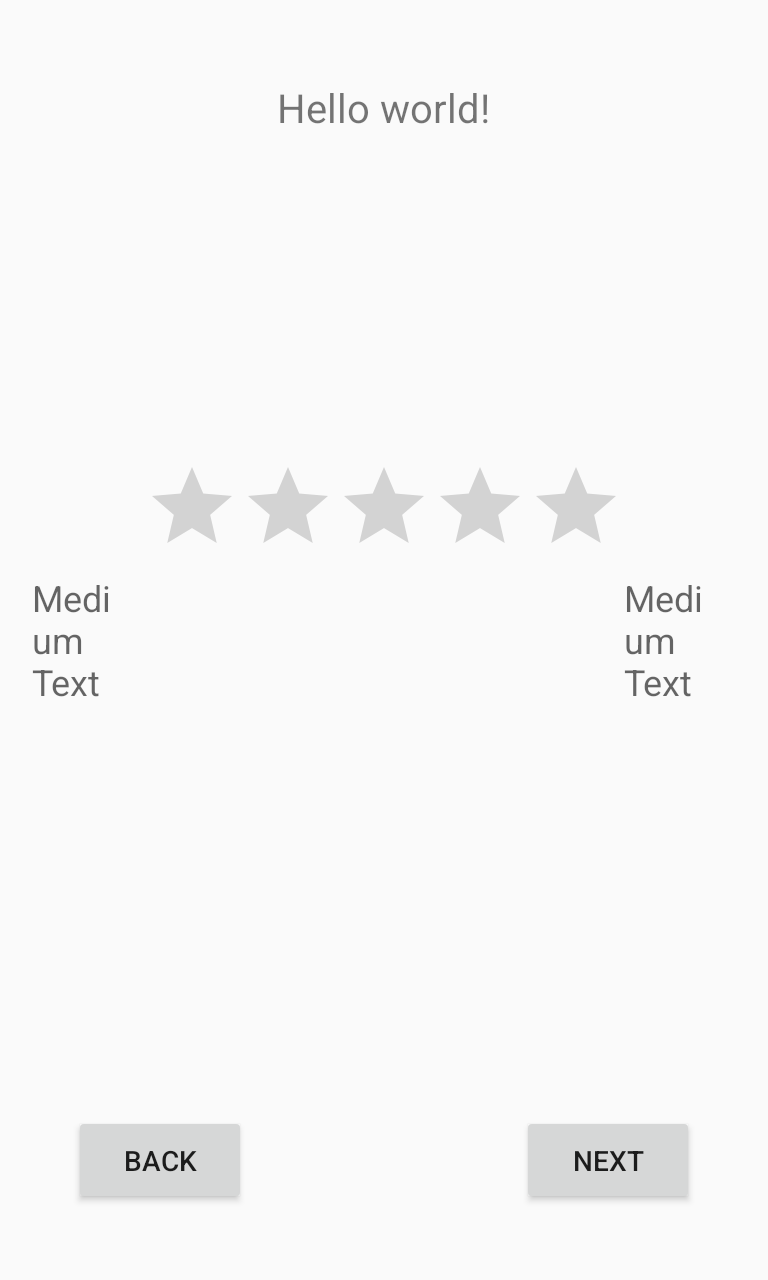
Repository: stevelyall/ERapp
Layout: ERsurvey/res/layout/activity_survey.xml
An editor plug-in stored every save of this project. The layout is shown before and after the next save, followed by the edit.
It is drawn on a 768 x 1280 px phone screen (xhdpi) without system bars, with theme AppTheme; the app's code is not run.

Above is the layout before, as saved 2014-10-25 06:11:46.

After the next save:
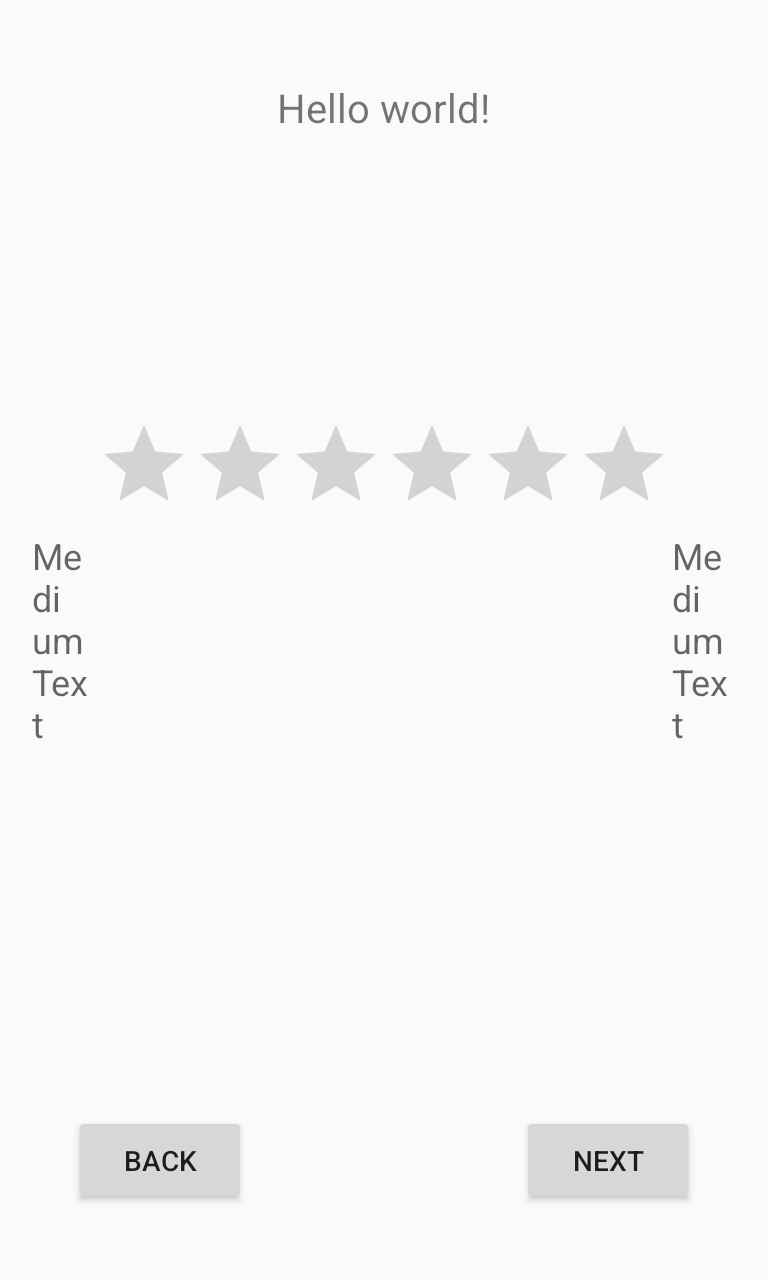
Saved 2 min 26 s later.
--- a/ERsurvey/res/layout/activity_survey.xml
+++ b/ERsurvey/res/layout/activity_survey.xml
@@ -29,16 +29,6 @@
         android:text="@string/next" />
 
     <TextView
-        android:id="@+id/lowDesc"
-        android:layout_width="wrap_content"
-        android:layout_height="wrap_content"
-        android:layout_alignLeft="@color/AliceBlue"
-        android:layout_centerVertical="true"
-        android:layout_toLeftOf="@+id/rating"
-        android:text="Medium Text"
-        android:textAppearance="?android:attr/textAppearanceMedium" />
-
-    <TextView
         android:id="@+id/questionTextView"
         android:layout_width="wrap_content"
         android:layout_height="wrap_content"
@@ -55,6 +45,7 @@
         android:layout_above="@+id/lowDesc"
         android:layout_centerHorizontal="true"
         android:indeterminate="false"
+        android:numStars="6"
         android:stepSize="1.0" />
 
     <TextView
@@ -66,4 +57,13 @@
         android:text="Medium Text"
         android:textAppearance="?android:attr/textAppearanceMedium" />
 
+    <TextView
+        android:id="@+id/lowDesc"
+        android:layout_width="wrap_content"
+        android:layout_height="wrap_content"
+        android:layout_centerVertical="true"
+        android:layout_toLeftOf="@+id/rating"
+        android:text="Medium Text"
+        android:textAppearance="?android:attr/textAppearanceMedium" />
+
 </RelativeLayout>
